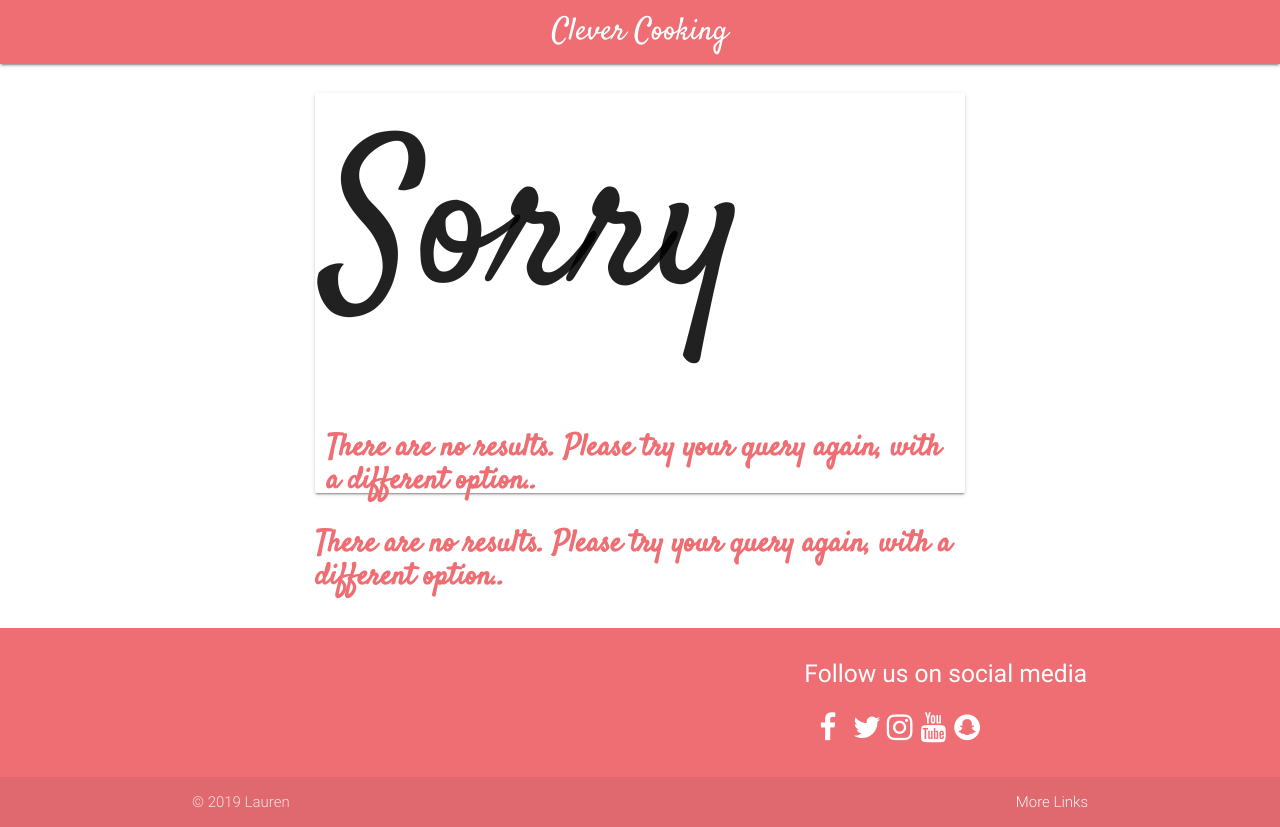
Repository: Code-Institute-Submissions/online-recipe-cookbook
Page: templates/no_results.html
The author's editor kept a record of every edit. The page is drawn from the files as they stood at one moment, then again after the next edit.
The browser window is 1280 px wide. The pictures show the whole page.
Some web libraries are served in a nearby version. The page is served by the project's application, run on Flask 3 (app.py). The template is opened directly, without the code that normally fills it, so the values that code supplies are empty.

Above is the page before.

After the next edit:
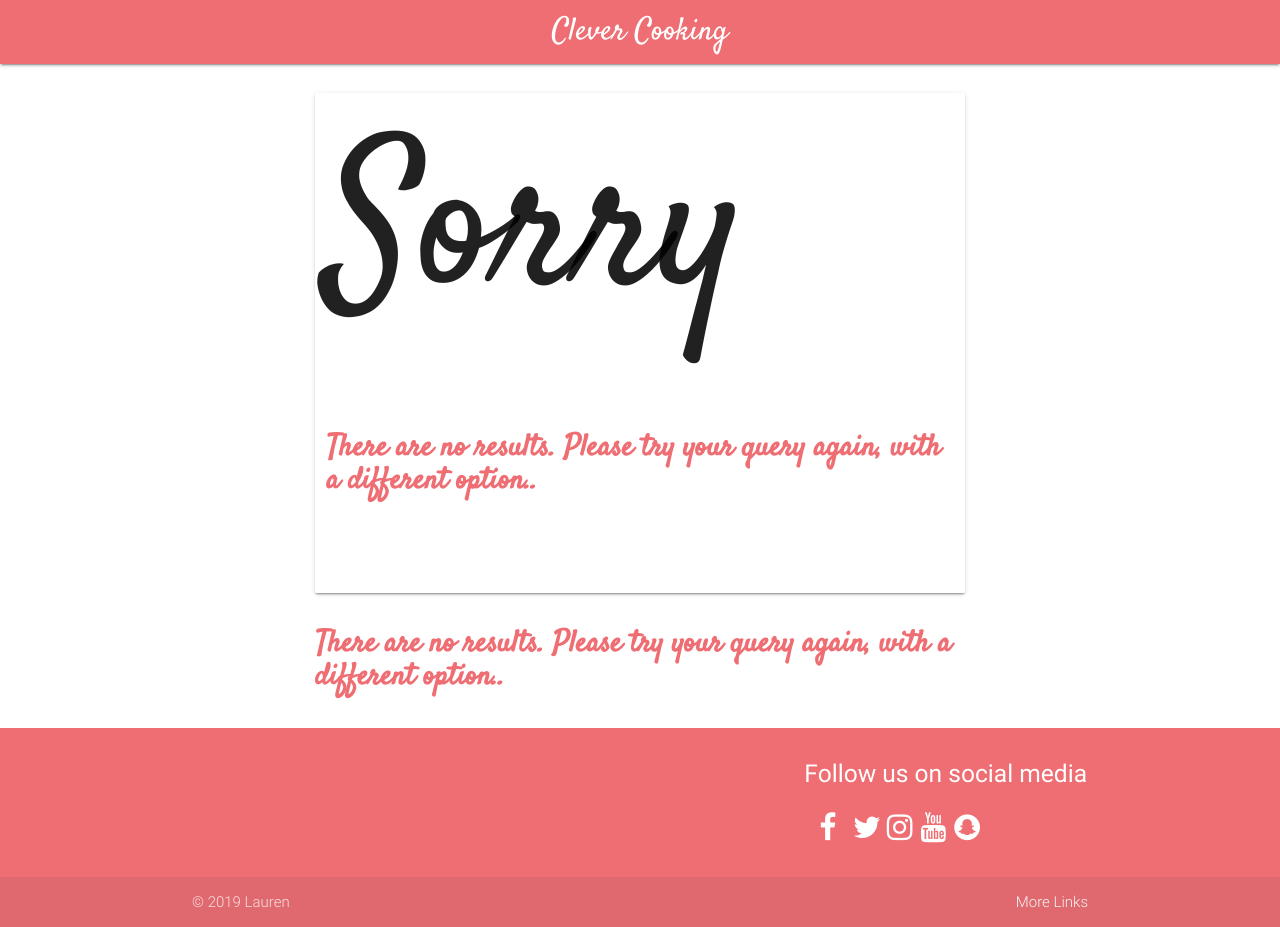
The edit:
--- a/templates/no_results.html
+++ b/templates/no_results.html
@@ -12,7 +12,7 @@
             <div class="container">
 
                  <div class="row">
-                     <div class="card col s12 m12 l12 medium">
+                     <div class="card col s12 m12 l12 large">
                          <h1>Sorry</h1>
                          <br><br>
                           <h4>There are no results. Please try your query again, with a different option..</h4>
